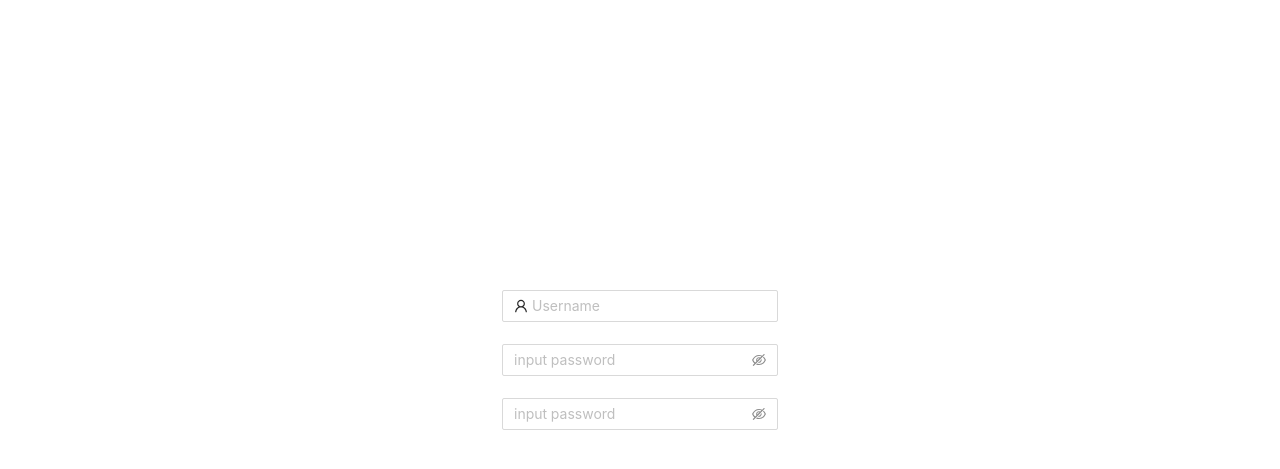
Repository: tiendungjr123/ant-design
Page: /
An editor plug-in stored every save of this project. The page is shown before and after the next save, followed by the edit.
The browser window is 1280 px wide. The pictures show the whole page.
The project was rebuilt for these pictures with package versions that can differ from the ones it lists, and the page was loaded fresh each time. Also part of the build but not shown: src/components/AntButton.js.

Above is the page before, as saved 2022-09-27 15:50:44.

After the next save:
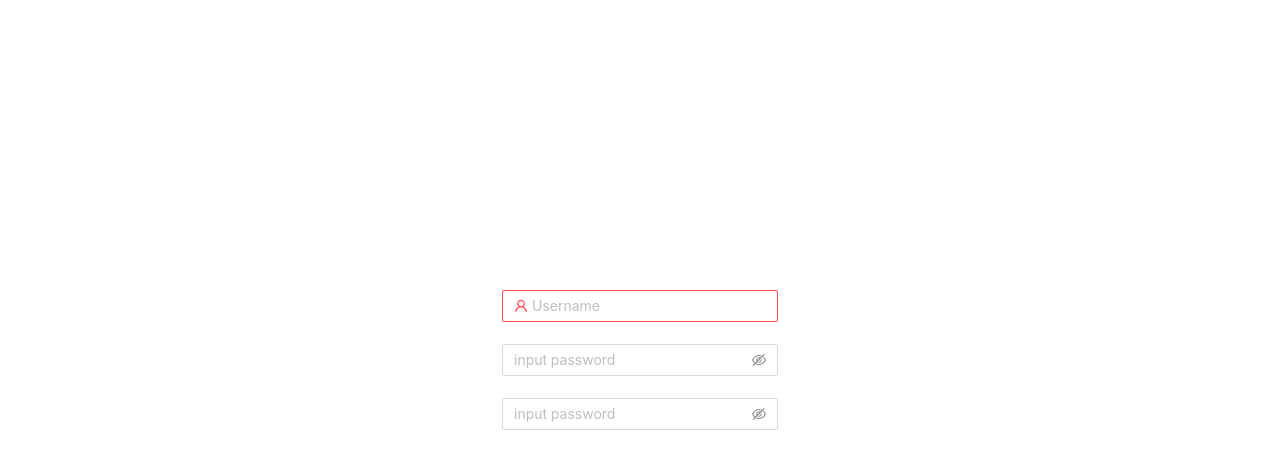
Saved 2 min 3 s later.
--- a/src/components/AntInput.js
+++ b/src/components/AntInput.js
@@ -5,6 +5,7 @@ export default function AntInput() {
   return (
     <div>
       <Input
+        status='error'
         size='medium'
         allowClear
         placeholder='Username'
